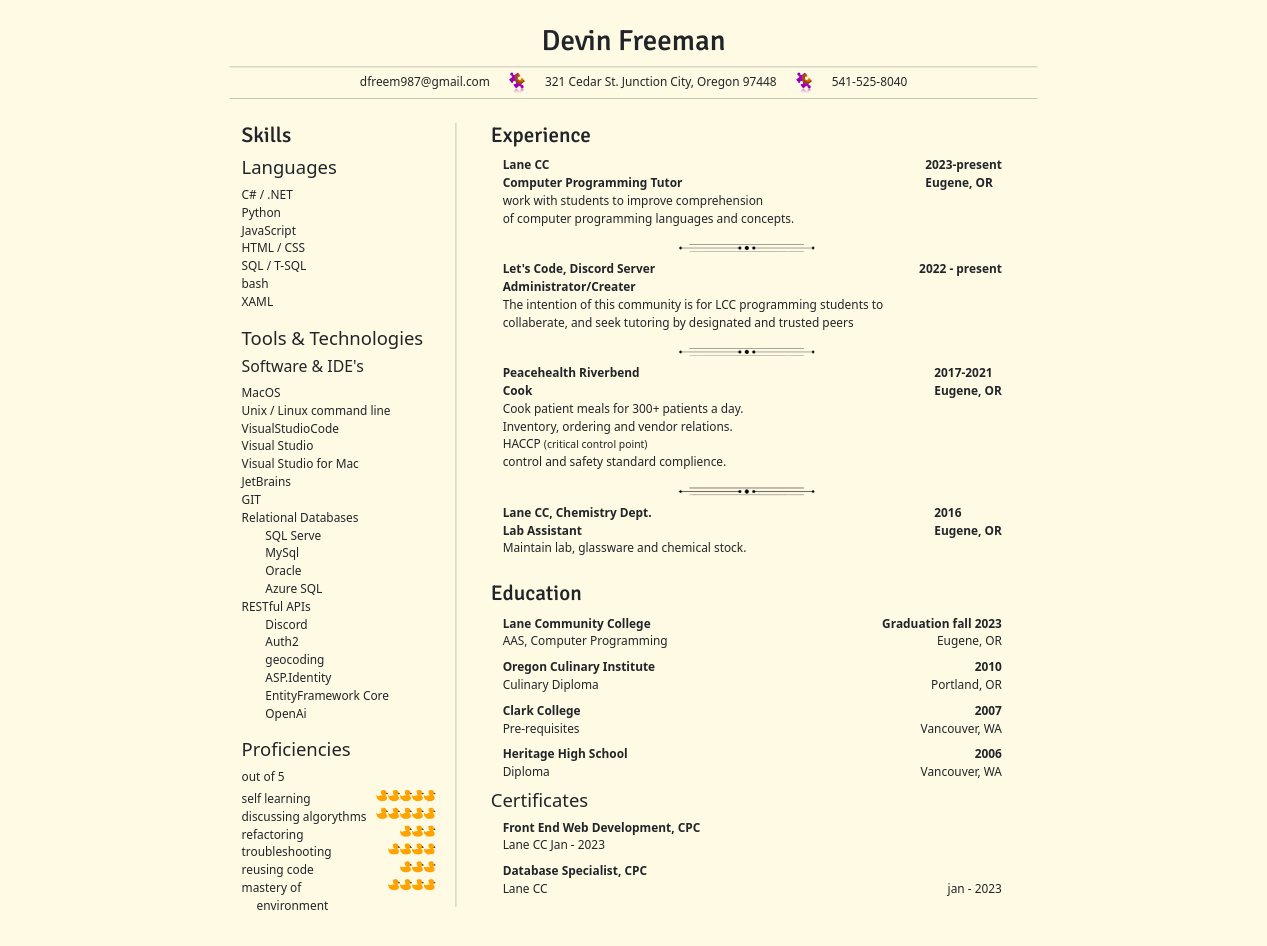
Repository: Dfreem/Resume
Page: index.html
An editor plug-in stored every save of this project. The page is shown before and after the next save, followed by the edit.
The browser window is 1280 px wide. The pictures show the whole page, at 99% of full size.

Above is the page before, as saved 2023-02-13 09:40:53.

After the next save:
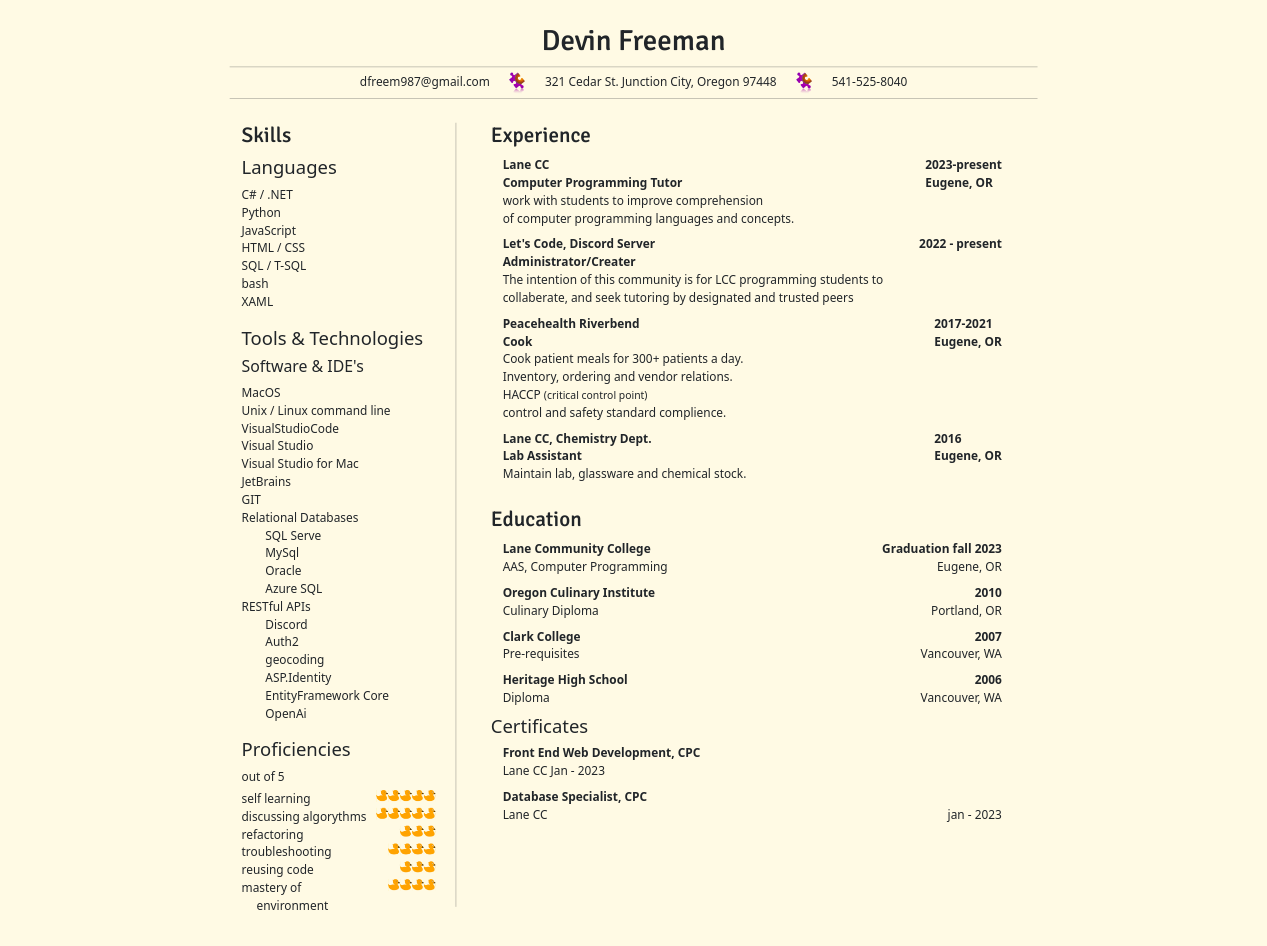
Saved 15 min 29 s later.
--- a/index.html
+++ b/index.html
@@ -203,7 +203,7 @@
                         concepts.
                     </dd>
                 </div>
-                <img src="min_line_seperater.png" class="seperater">
+
                 <div class="container work-container">
                     <dt class="d-flex flex-nowrap flex-row">
                         Let's Code, Discord Server<br />
@@ -215,7 +215,6 @@
                         collaberate, and seek tutoring by designated and trusted peers
                     </dd>
                 </div>
-                <img src="min_line_seperater.png" class="seperater">
                 <!-- ========== work history slot 2 ========== -->
                 <div class="container work-container">
                     <dt class="d-flex flex-nowrap flex-row">
@@ -235,7 +234,6 @@
                         control and safety standard complience. <br />
                     </dd>
                 </div>
-                <img src="min_line_seperater.png" class="seperater">
 
                 <!-- ========== work history slot 3 ========== -->
                 <!--
@@ -257,24 +255,24 @@
                         </dd>
                     </div> -->
 
-                    <!-- ========== work history slot 3 ========== -->
-
-                    <div class="container work-container">
-                        <dt class="d-flex flex-nowrap flex-row">
-                            Lane CC, Chemistry Dept.
+                <!-- ========== work history slot 3 ========== -->
+
+                <div class="container work-container">
+                    <dt class="d-flex flex-nowrap flex-row">
+                       Lane CC, Chemistry Dept.
+                        <br />
+                        Lab Assistant
+                        <div class="push-right">
+                            2016
                             <br />
-                            Lab Assistant
-                            <div class="push-right">
-                                2016
-                                <br />
-                                Eugene, OR
-                            </div>
-                        </dt>
-                        <dd class="ed-details">Maintain lab, glassware and chemical stock.</dd>
-                    </div>
-                </dl>
-
-                <!-- ========== Education Start ========== -->
+                            Eugene, OR
+                        </div>
+                    </dt>
+                    <dd class="ed-details">Maintain lab, glassware and chemical stock.</dd>
+                </div>
+            </dl>
+
+            <!-- ========== Education Start ========== -->
 
             <dl class="education">
                 <h2>Education</h2>
